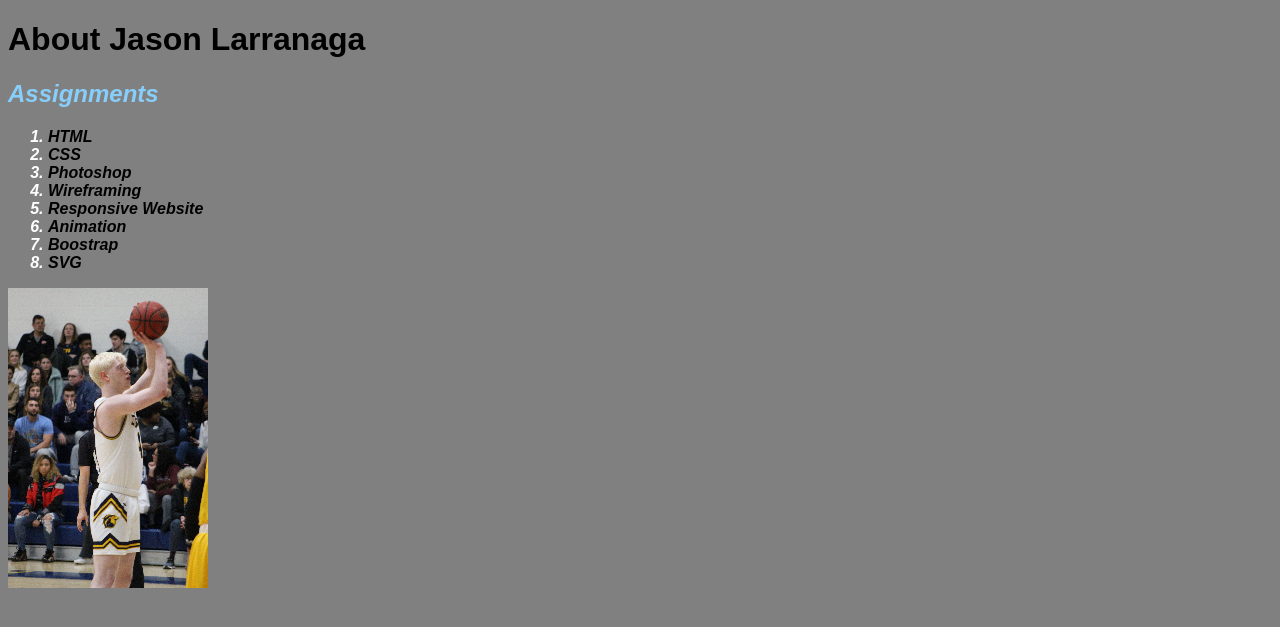
Repository: larranj1/my_website
Page: index.html
The author's editor kept a record of every edit. The page is drawn from the files as they stood at one moment, then again after the next edit.
The browser window is 1280 px wide. The pictures show the whole page.

Above is the page before.

### index.html
<!DOCTYPE html>
<html>
    <head>
        <link href = "assignments/css/first.css"
        type = "text/css"
        rel = "stylesheet">
    </head>
<h1>About Jason Larranaga</h1>
    <h2><i>Assignments</i> </h2>
    <body>
        <ol>
            <li> <a href = "assignments/html/index.html"> HTML </a> </li>
            <li> <a href = "assignments/css/index.html"> CSS </a> </li>
            <li> <a href = "assignments/photoshop/index.html"> Photoshop </a> </li>
            <li> <a href = "assignments/wireframing/index.html"> Wireframing </a> </li>
            <li> <a href = "assignments/responsive_website/index.html"> Responsive Website </a> </li>
            <li> <a href = "assignments/animation/index.html"> Animation </a> </li>
            <li> <a href = "assignments/boostrap/index.html"> Boostrap </a> </li>
            <li> <a href = "assignments/svg/index.html"> SVG </a> </li>
        </ol>

    <div>
        <img src="me.jpg" alt="Me"q>
    </div>

    </body>
</html>

### assignments/css/first.css
h1 {
  text-align: Left;
  font-family: Arial, sans-serif;
  color: Black;
}

h2 {
  font-family: Arial, sans-serif;
  color: #87CEFA;
}

ul{
  font-family: arial, sans-serif;
  font-weight: bold;
  font-style: italic;
  color: gray;
}

ol{
  font-family: arial, sans-serif;
  font-weight: bold;
  font-style: italic;
  color: white;
}

body{
  background-color: gray;
}

a{
  color: black
}

a:link{
  text-decoration: none
}

a:hover{
  text-decoration: underline
}

After the next edit:
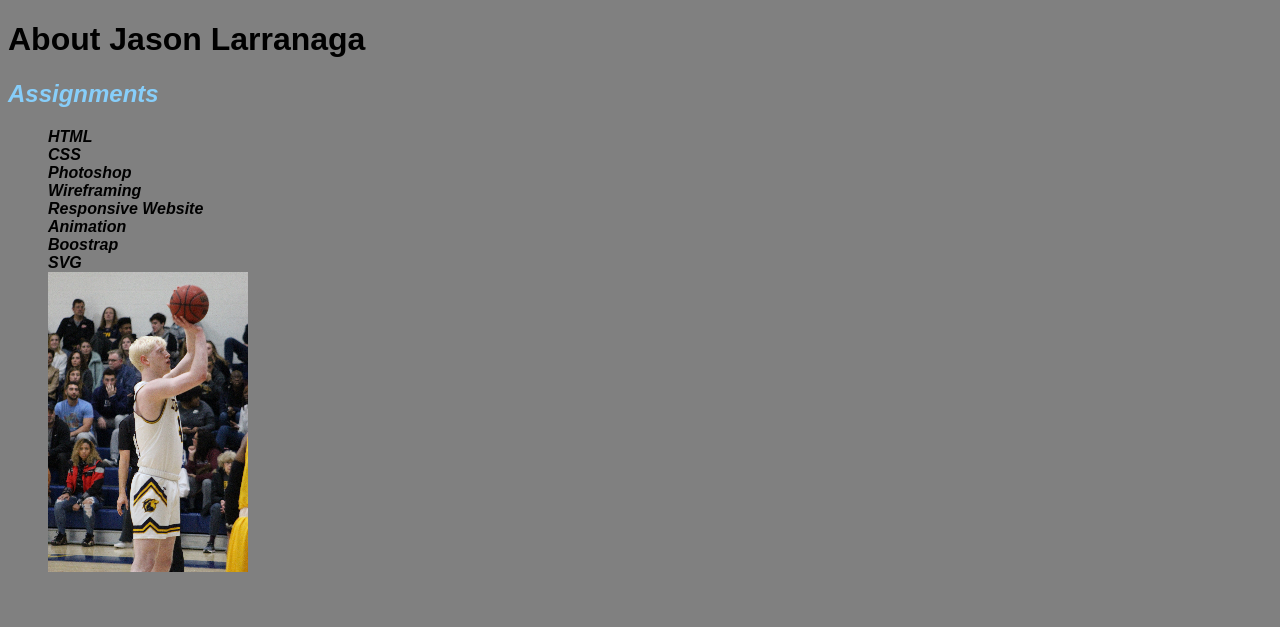
The edit:
--- a/index.html
+++ b/index.html
@@ -8,7 +8,7 @@
 <h1>About Jason Larranaga</h1>
     <h2><i>Assignments</i> </h2>
     <body>
-        <ol>
+        <ul>
             <li> <a href = "assignments/html/index.html"> HTML </a> </li>
             <li> <a href = "assignments/css/index.html"> CSS </a> </li>
             <li> <a href = "assignments/photoshop/index.html"> Photoshop </a> </li>

After the edit that followed:
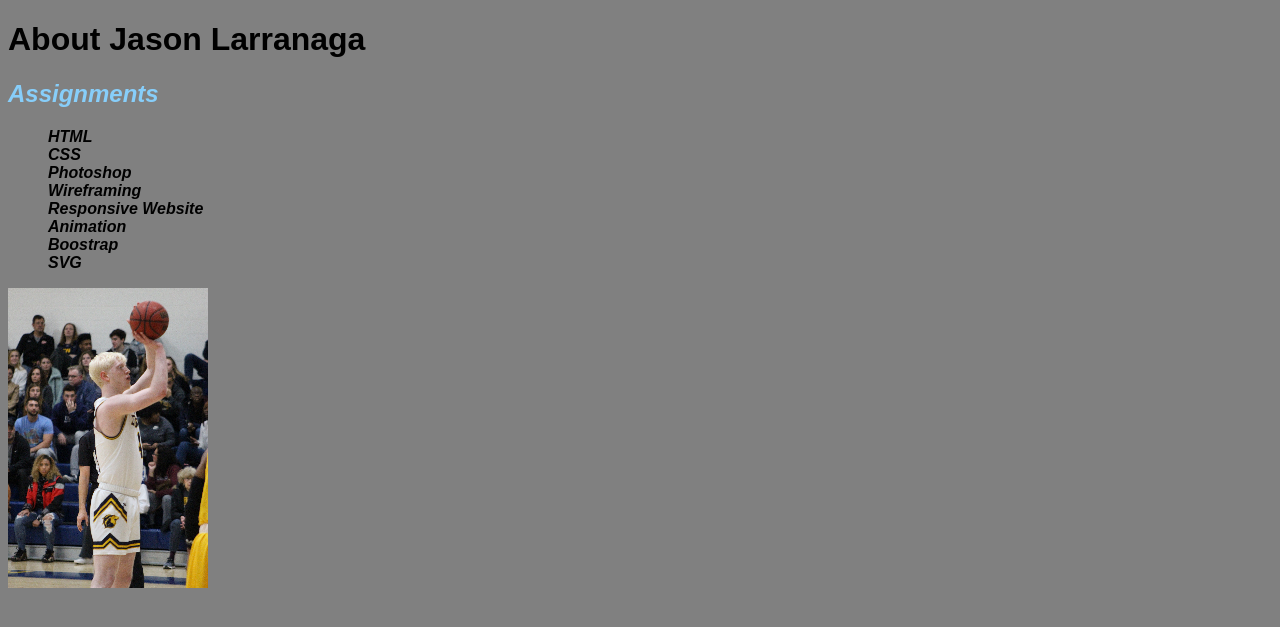
The edit:
--- a/index.html
+++ b/index.html
@@ -17,7 +17,7 @@
             <li> <a href = "assignments/animation/index.html"> Animation </a> </li>
             <li> <a href = "assignments/boostrap/index.html"> Boostrap </a> </li>
             <li> <a href = "assignments/svg/index.html"> SVG </a> </li>
-        </ol>
+        </ul>
 
     <div>
         <img src="me.jpg" alt="Me"q>
